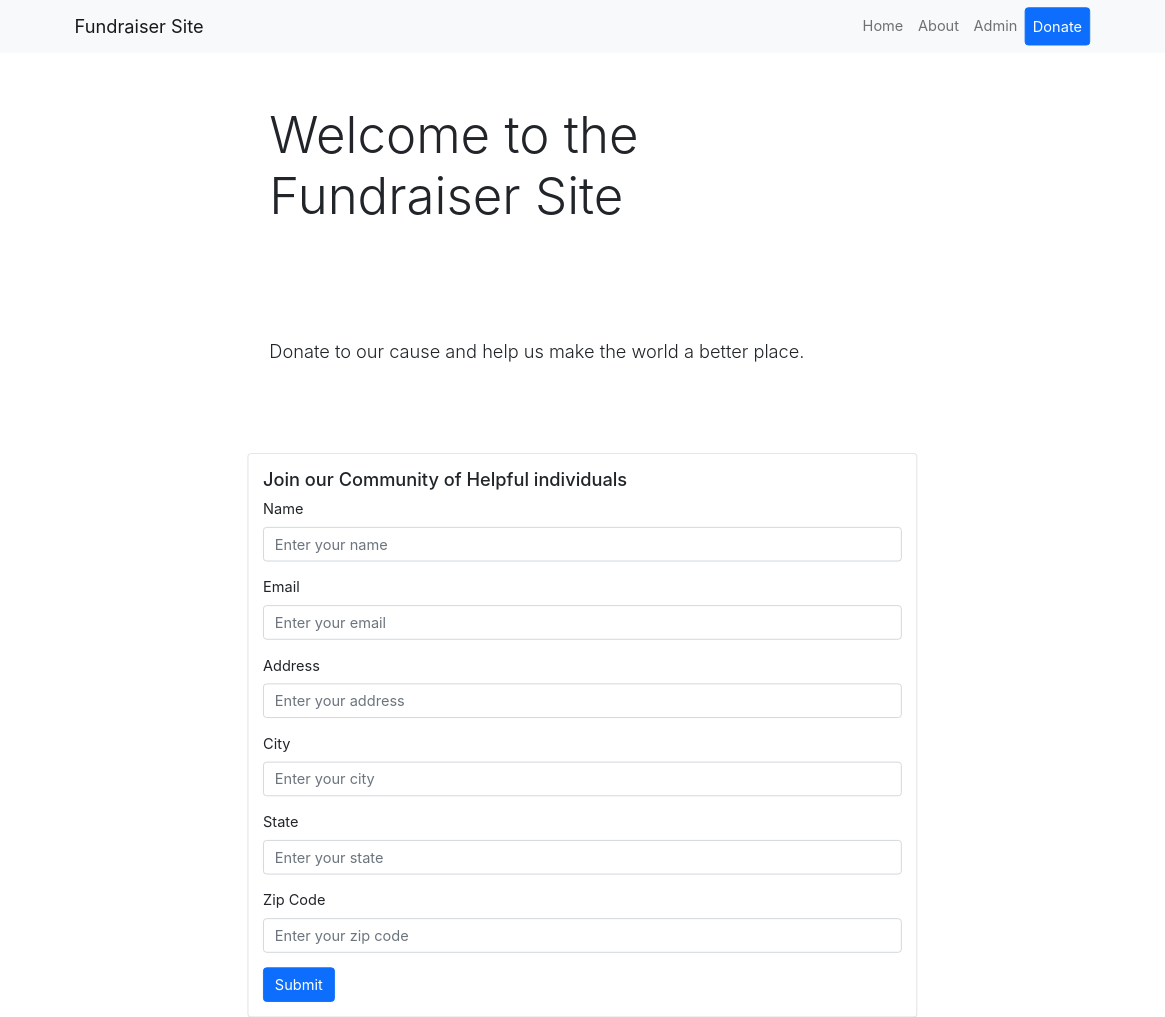
Repository: DragonFruit8/Fundraiser-Page
Page: /
These files come from the project's save history. The page is drawn as it stood at one moment and after the next save; the edit follows.
The browser window is 1280 px wide. The pictures show the whole page, at 91% of full size.
The project was rebuilt for these pictures with package versions that can differ from the ones it lists, and the page was loaded fresh each time. Also part of the build but not shown: src/pages/About.js, src/pages/Donate.js, src/pages/Admin.js.

Above is the page before, as saved 2024-07-19 12:44:01.

After the next save:
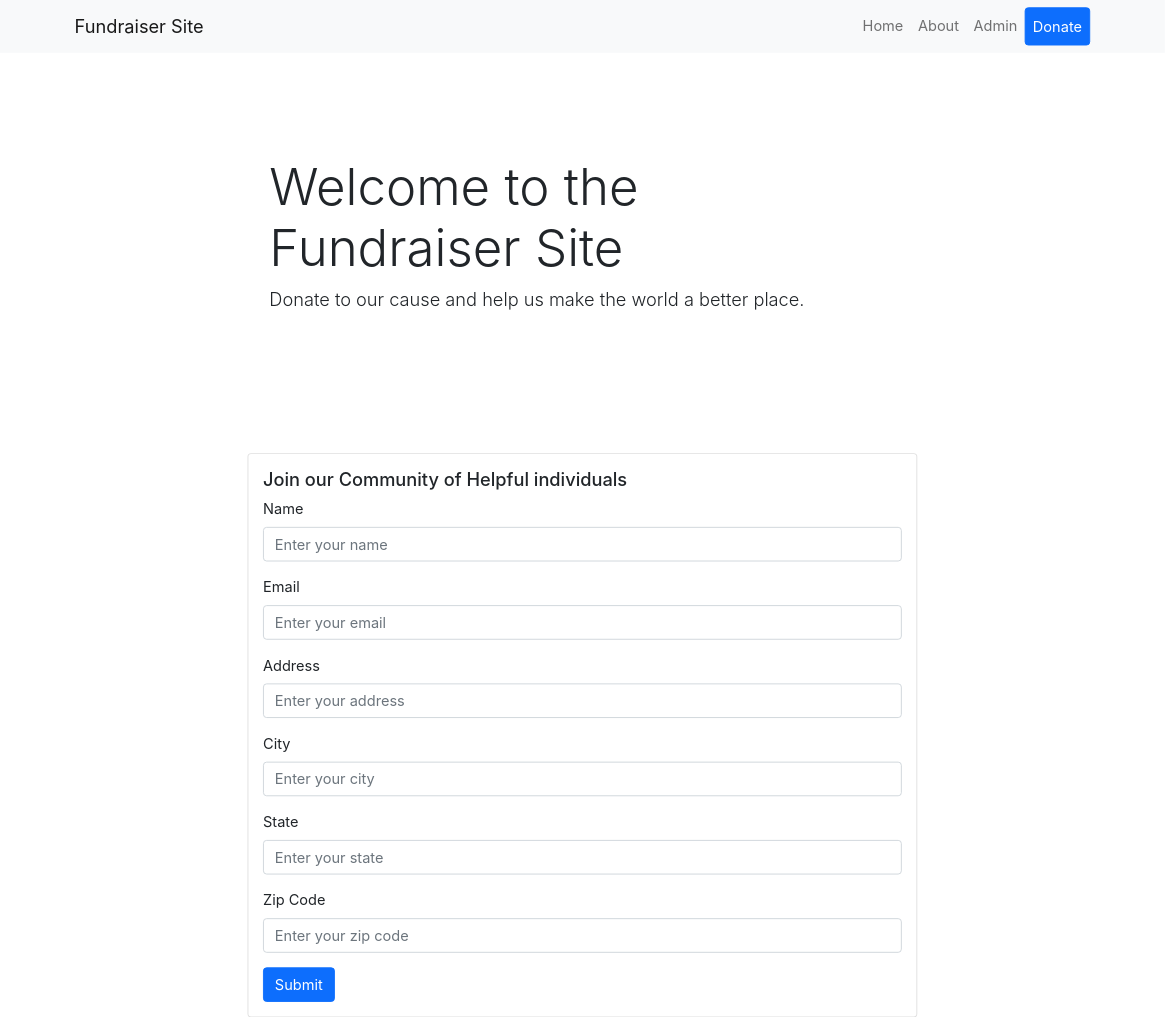
Saved 17 s later.
--- a/src/pages/Home.js
+++ b/src/pages/Home.js
@@ -35,8 +35,10 @@ const Home = () => {
             <div className="row justify-content-center">
                 <div className="col-md-8">
                     <div className="d-flex container row h-50 justify-content-center align-items-center">
-                        <h1 className="display-4">Welcome to the Fundraiser Site</h1>
-                        <p className="lead">Donate to our cause and help us make the world a better place.</p>
+                        <div class="|">
+                            <h1 className="display-4">Welcome to the Fundraiser Site</h1>
+                            <p className="lead">Donate to our cause and help us make the world a better place.</p>
+                        </div>
                     </div>
                     <div className="card mt-4">
                         <div className="card-body">
